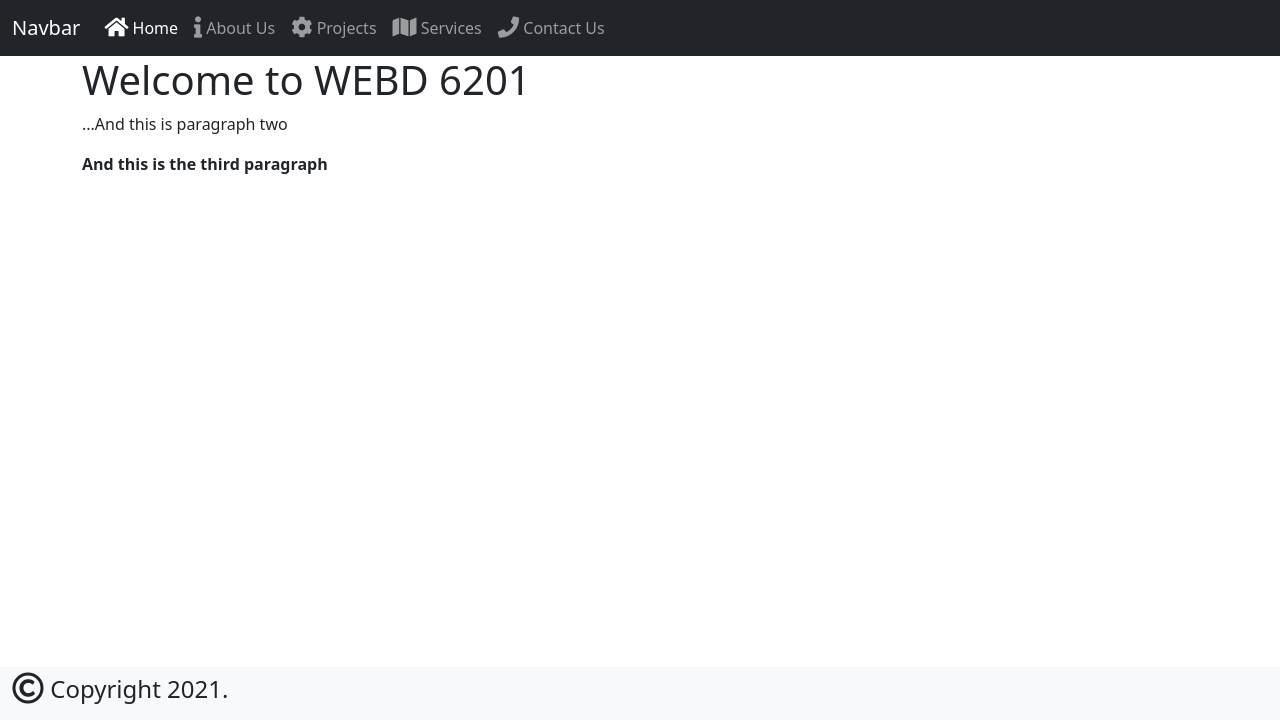
Repository: aphim/Webd6201-wk3
Page: index.html
An editor plug-in stored every save of this project. The page is shown before and after the next save, followed by the edit.
The browser window is 1280 px wide. The pictures show the whole page.

Above is the page before, as saved 2021-01-21 08:32:49.

After the next save:
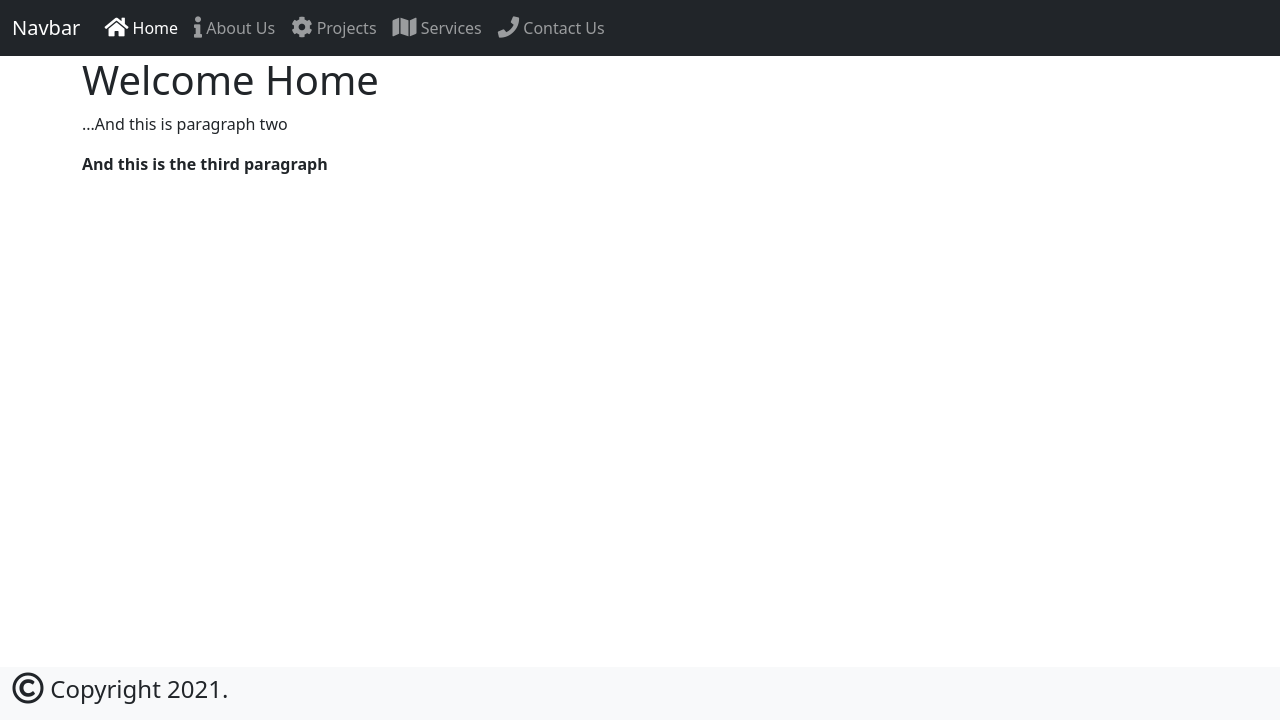
Saved 2 min 51 s later.
--- a/Scripts/app.js
+++ b/Scripts/app.js
@@ -56,7 +56,7 @@
         mainContent.removeChild(paragraphOneElement);
 
         //Update / modification of an element
-
+        mainContent.firstElementChild.textContent = "Welcome Home";
 
     }
 
